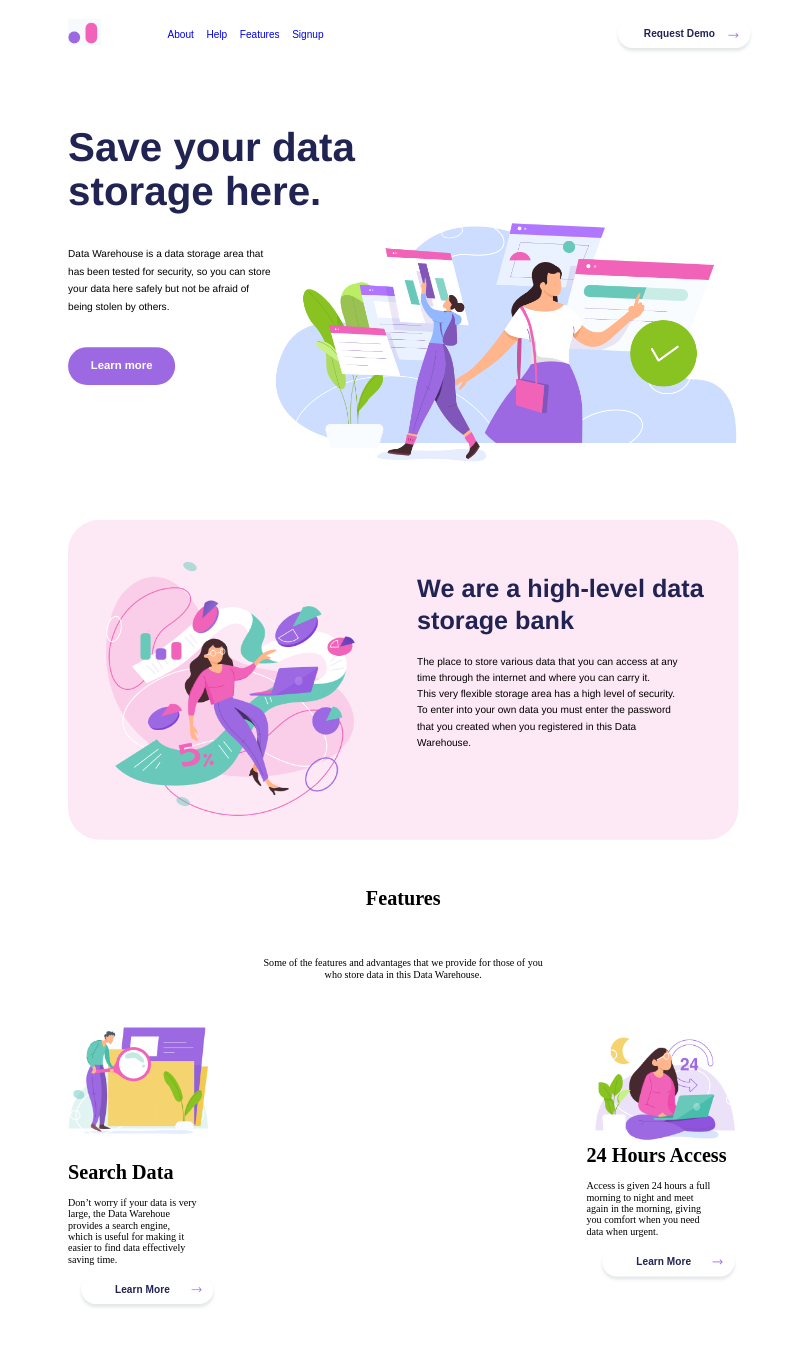
Repository: batonAnton/HW6_flexbox
Page: index.html
An editor plug-in stored every save of this project. The page is shown before and after the next save, followed by the edit.
The browser window is 1280 px wide. The pictures show the whole page, at 63% of full size.
Some web fonts or font styles are not loaded; a fallback is used.

Above is the page before, as saved 2022-06-18 12:43:52.

After the next save:
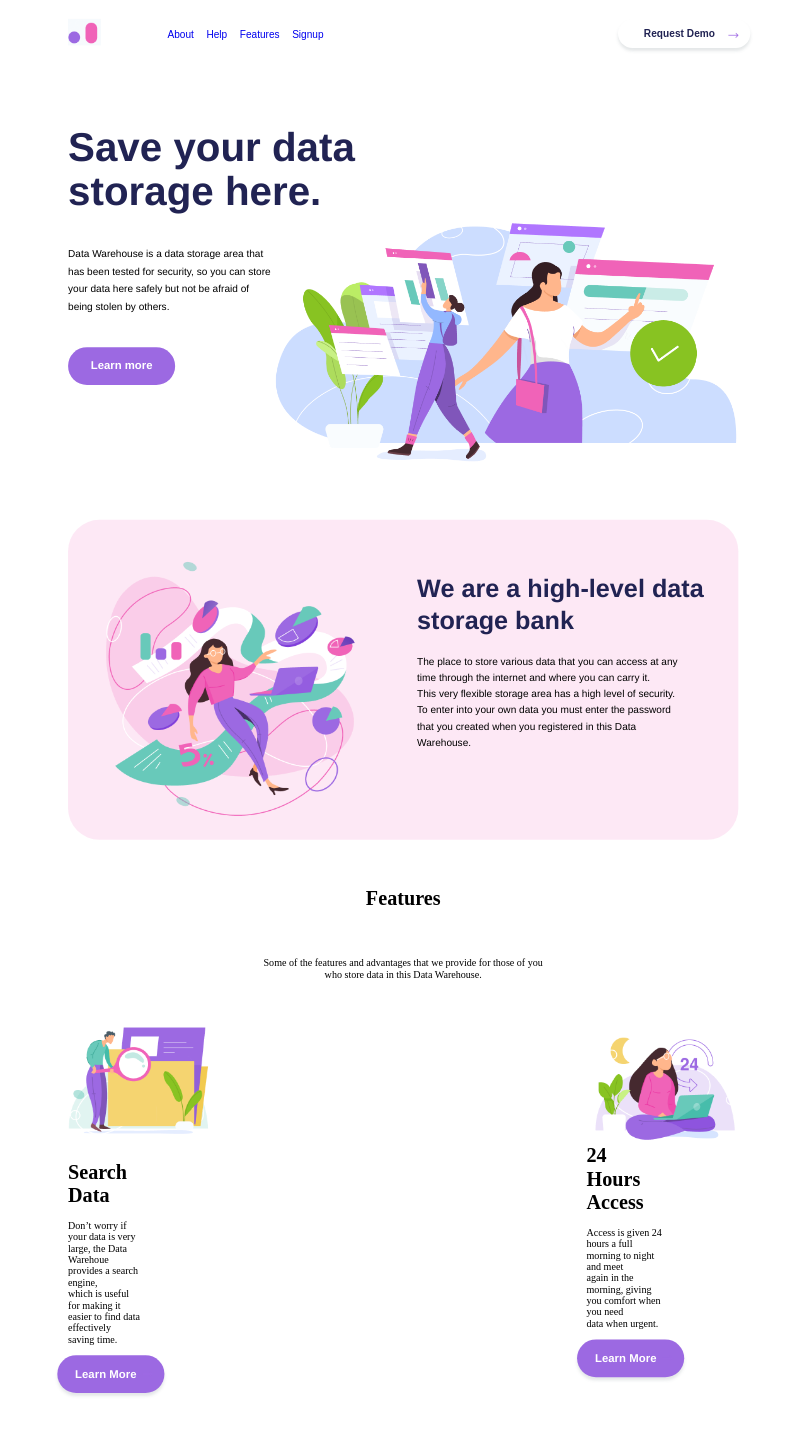
Saved 6 min 7 s later.
--- a/index.html
+++ b/index.html
@@ -77,10 +77,9 @@
 
         <div class="row1">
             <div class="block">
-
                 <img src="./images/section3/image1 1.png" alt="img">
-
-                <h1>Search Data</h1>
+                <div class="info">
+                    <h1>Search Data</h1>
                 <p>
                     Don’t worry if your data is very <br> large, the Data Warehoue <br> provides a search engine, <br> which is useful for making it <br> easier to find data effectively <br> saving time.
                 </p>
@@ -93,12 +92,15 @@
                         <img src="./images/right-arrow.png" alt="arrow-right" >
                     </div>
                 </div>
+                </div>
+
             </div>
 
 
             <div class="block">
                 <img src="./images/section3/image2.png" alt="img">
-                <h1>24 Hours Access</h1>
+                <div class="info">
+                    <h1>24 Hours Access</h1>
                 <p>
                     Access is given 24 hours a full <br> morning to night and
                     meet <br> again in the morning, giving <br> you comfort when
@@ -113,6 +115,8 @@
                         <img src="./images/right-arrow.png" alt="arrow-right" >
                     </div>
                 </div>
+                </div>
+
             </div>
         </div>
     </div>
